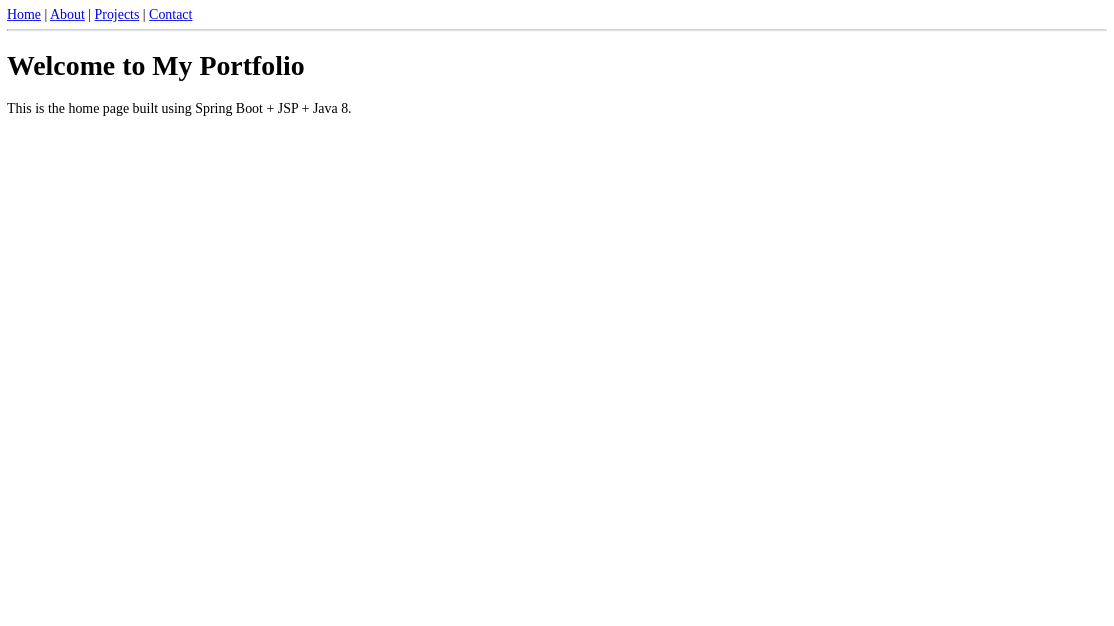
Repository: das-source/portfolio-springboot
Page: http://localhost/portfolio/WEB-INF/views/index.jsp
These files come from the project's save history. The page is drawn as it stood at one moment and after the next save; the edit follows.
The browser window is 1280 px wide. The pictures show the whole page, at 87% of full size.
The page is served by Tomcat 9. Nobody is signed in. Other server files are loaded and not shown. The template is opened directly, without the code that normally fills it, so the values that code supplies are empty.

Above is the page before, as saved 2025-08-05 10:00:12.

### portfolio/src/main/webapp/WEB-INF/views/index.jsp
<%@ page contentType="text/html;charset=UTF-8" %>
<!DOCTYPE html>
<html>
<head>
    <title>Home</title>
</head>
<body>
    <jsp:include page="navbar.jsp" />
    <h1>Welcome to My Portfolio</h1>
    <p>This is the home page built using Spring Boot + JSP + Java 8.</p>
</body>
</html>

### portfolio/src/main/webapp/WEB-INF/views/navbar.jsp
<nav>
    <a href="/">Home</a> |
    <a href="/about">About</a> |
    <a href="/projects">Projects</a> |
    <a href="/contact">Contact</a>
</nav>
<hr/>

After the next save:
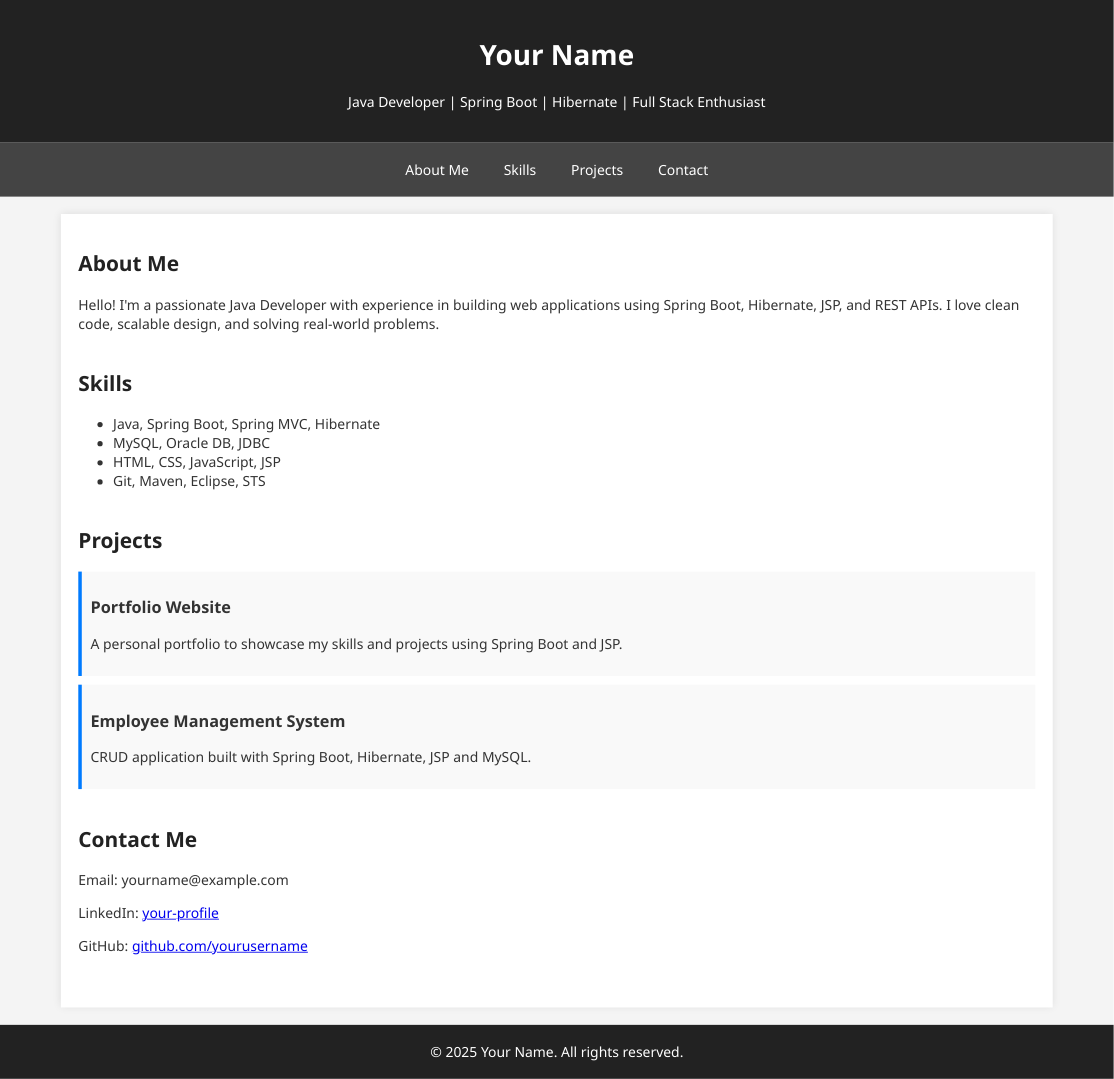
Saved 6 min 46 s later.
--- a/portfolio/src/main/webapp/WEB-INF/views/index.jsp
+++ b/portfolio/src/main/webapp/WEB-INF/views/index.jsp
@@ -1,12 +1,141 @@
-<%@ page contentType="text/html;charset=UTF-8" %>
+<%@ page contentType="text/html;charset=UTF-8" language="java" %>
 <!DOCTYPE html>
-<html>
+<html lang="en">
 <head>
-    <title>Home</title>
+    <meta charset="UTF-8">
+    <title>My Portfolio - Your Name</title>
+    <meta name="viewport" content="width=device-width, initial-scale=1.0">
+    <style>
+        body {
+            margin: 0;
+            font-family: 'Segoe UI', sans-serif;
+            background-color: #f4f4f4;
+            color: #333;
+        }
+
+        header {
+            background-color: #222;
+            color: white;
+            padding: 20px 0;
+            text-align: center;
+        }
+
+        nav {
+            background-color: #444;
+            display: flex;
+            justify-content: center;
+            padding: 10px 0;
+        }
+
+        nav a {
+            color: white;
+            text-decoration: none;
+            padding: 10px 20px;
+        }
+
+        nav a:hover {
+            background-color: #666;
+        }
+
+        .container {
+            max-width: 1100px;
+            margin: 20px auto;
+            padding: 20px;
+            background: white;
+            box-shadow: 0 0 10px rgba(0,0,0,0.1);
+        }
+
+        section {
+            margin-bottom: 40px;
+        }
+
+        h2 {
+            color: #222;
+        }
+
+        .project {
+            margin-top: 10px;
+            padding: 10px;
+            border-left: 4px solid #007bff;
+            background: #f9f9f9;
+        }
+
+        footer {
+            background-color: #222;
+            color: white;
+            text-align: center;
+            padding: 20px 0;
+            position: relative;
+            bottom: 0;
+            width: 100%;
+        }
+
+        @media (max-width: 768px) {
+            nav {
+                flex-direction: column;
+            }
+        }
+    </style>
 </head>
 <body>
-    <jsp:include page="navbar.jsp" />
-    <h1>Welcome to My Portfolio</h1>
-    <p>This is the home page built using Spring Boot + JSP + Java 8.</p>
+
+<header>
+    <h1>Your Name</h1>
+    <p>Java Developer | Spring Boot | Hibernate | Full Stack Enthusiast</p>
+</header>
+
+<nav>
+    <a href="#about">About Me</a>
+    <a href="#skills">Skills</a>
+    <a href="#projects">Projects</a>
+    <a href="#contact">Contact</a>
+</nav>
+
+<div class="container">
+
+    <section id="about">
+        <h2>About Me</h2>
+        <p>
+            Hello! I'm a passionate Java Developer with experience in building web applications using Spring Boot,
+            Hibernate, JSP, and REST APIs. I love clean code, scalable design, and solving real-world problems.
+        </p>
+    </section>
+
+    <section id="skills">
+        <h2>Skills</h2>
+        <ul>
+            <li>Java, Spring Boot, Spring MVC, Hibernate</li>
+            <li>MySQL, Oracle DB, JDBC</li>
+            <li>HTML, CSS, JavaScript, JSP</li>
+            <li>Git, Maven, Eclipse, STS</li>
+        </ul>
+    </section>
+
+    <section id="projects">
+        <h2>Projects</h2>
+        <div class="project">
+            <h3>Portfolio Website</h3>
+            <p>A personal portfolio to showcase my skills and projects using Spring Boot and JSP.</p>
+        </div>
+        <div class="project">
+            <h3>Employee Management System</h3>
+            <p>CRUD application built with Spring Boot, Hibernate, JSP and MySQL.</p>
+        </div>
+        <!-- Add more projects here -->
+    </section>
+
+    <section id="contact">
+        <h2>Contact Me</h2>
+        <p>Email: yourname@example.com</p>
+        <p>LinkedIn: <a href="https://www.linkedin.com/in/your-profile/" target="_blank">your-profile</a></p>
+        <p>GitHub: <a href="https://github.com/yourusername" target="_blank">github.com/yourusername</a></p>
+    </section>
+
+</div>
+
+<footer>
+    &copy; 2025 Your Name. All rights reserved.
+</footer>
+
 </body>
 </html>
